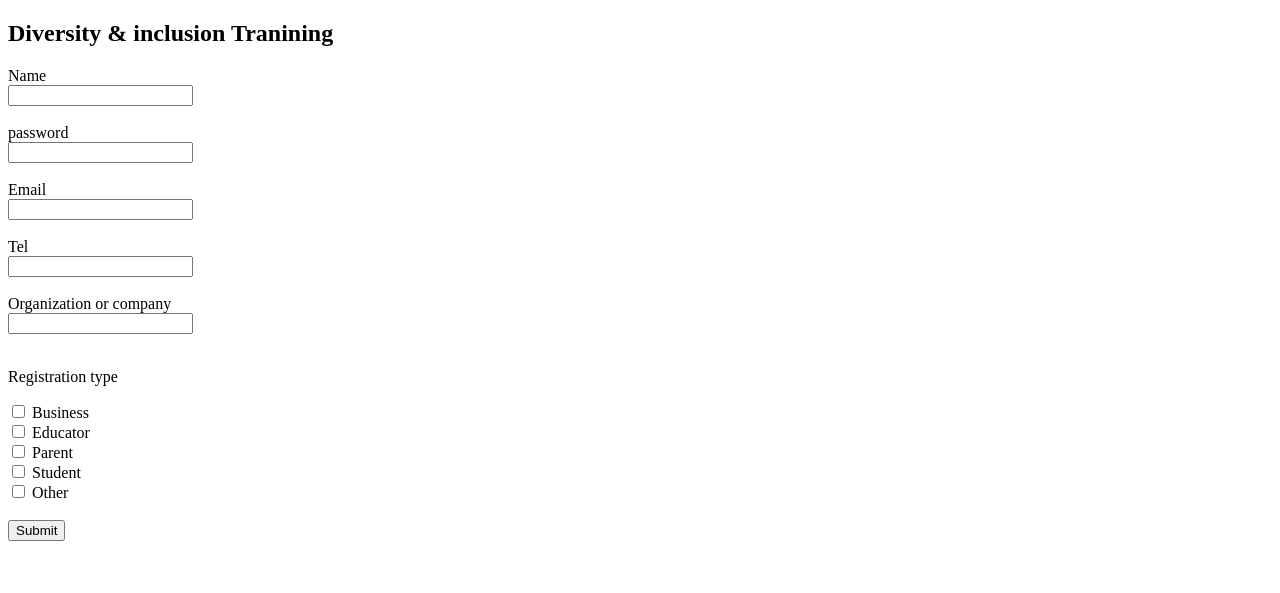
Repository: wafaa399/webDesigner-Tasks-wafaa-ahmed
Page: index.html
These files come from the project's save history. The page is drawn as it stood at one moment and after the next save; the edit follows.
The browser window is 1280 px wide. The pictures show the whole page.

Above is the page before, as saved 2026-07-13 22:28:55.

After the next save:
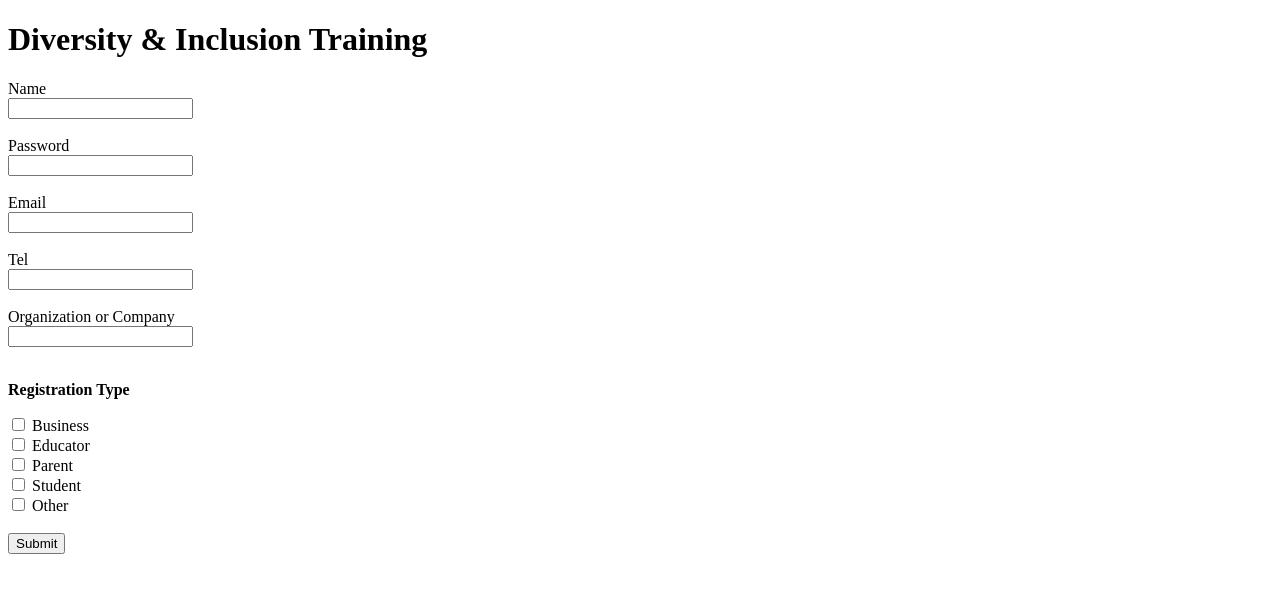
Saved 2 min 56 s later.
--- a/index.html
+++ b/index.html
@@ -1,4 +1,4 @@
-<!doctype html>
+<!-- <!doctype html>
 <html lang="en">
   <head>
     <meta charset="UTF-8" />
@@ -86,4 +86,73 @@
       <button type="submit">Submit</button>
     </form>
   </body>
+</html> -->
+<!doctype html>
+<html lang="en">
+  <head>
+    <meta charset="UTF-8" />
+    <meta name="viewport" content="width=device-width, initial-scale=1.0" />
+    <meta
+      name="description"
+      content="Diversity and Inclusion Training Registration Form"
+    />
+    <meta name="author" content="Wafaa Ahmed" />
+    <title>Diversity & Inclusion Training</title>
+  </head>
+  <body>
+    <h1>Diversity & Inclusion Training</h1>
+
+    <form action="" method="post">
+      <label for="name">Name</label><br />
+      <input type="text" id="name" name="name" required />
+      <br /><br />
+
+      <label for="password">Password</label><br />
+      <input type="password" id="password" name="password" required />
+      <br /><br />
+
+      <label for="email">Email</label><br />
+      <input type="email" id="email" name="email" required />
+      <br /><br />
+
+      <label for="tel">Tel</label><br />
+      <input type="tel" id="tel" name="tel" />
+      <br /><br />
+
+      <label for="company">Organization or Company</label><br />
+      <input type="text" id="company" name="company" />
+      <br /><br />
+
+      <p><strong>Registration Type</strong></p>
+
+      <input
+        type="checkbox"
+        id="business"
+        name="registration"
+        value="Business"
+      />
+      <label for="business">Business</label><br />
+
+      <input
+        type="checkbox"
+        id="educator"
+        name="registration"
+        value="Educator"
+      />
+      <label for="educator">Educator</label><br />
+
+      <input type="checkbox" id="parent" name="registration" value="Parent" />
+      <label for="parent">Parent</label><br />
+
+      <input type="checkbox" id="student" name="registration" value="Student" />
+      <label for="student">Student</label><br />
+
+      <input type="checkbox" id="other" name="registration" value="Other" />
+      <label for="other">Other</label>
+
+      <br /><br />
+
+      <input type="submit" value="Submit" />
+    </form>
+  </body>
 </html>
